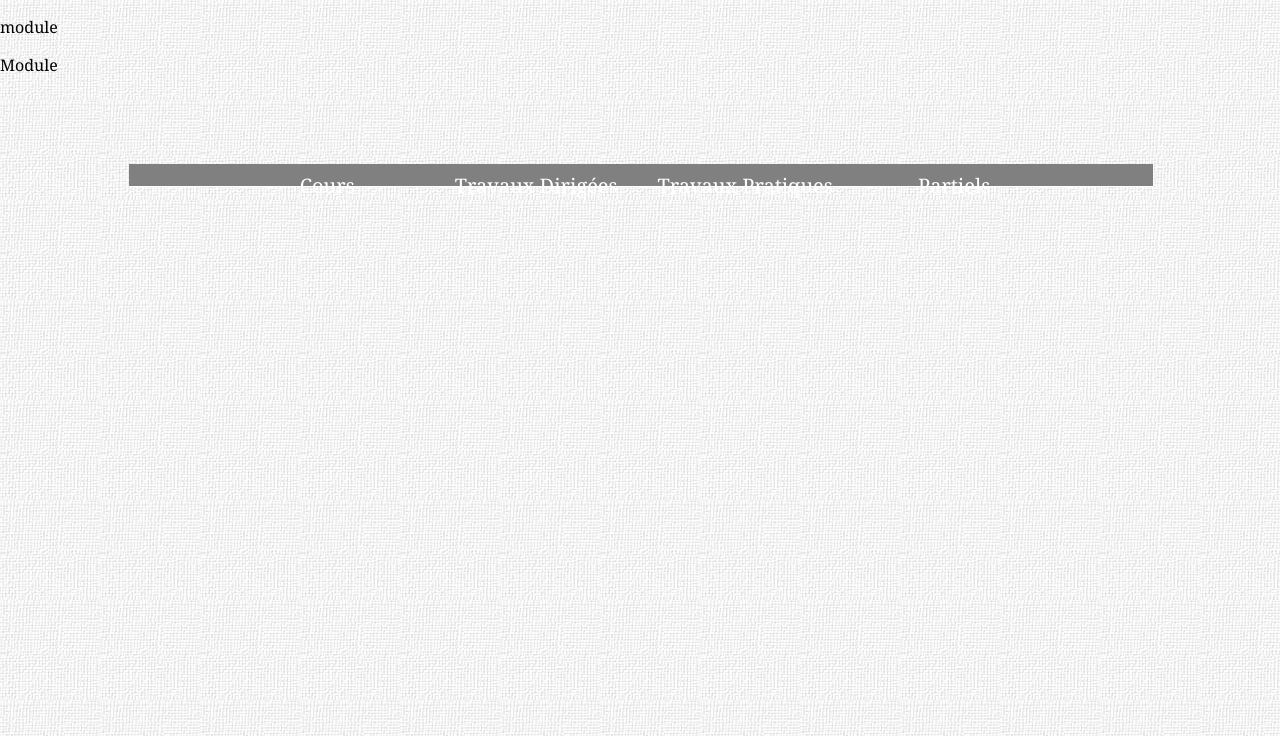
Repository: ValentinArg/PETUT
Page: http://localhost/PETUT/WEB-INF/jsp/eleve/semestre1.jsp
The author's editor kept a copy of each file at every save. The page is drawn from the files as they stood at one save, then again after the next save.
The browser window is 1280 px wide. The pictures show the whole page.
After loading, the first visible `#boutonHautBas` was clicked once.
Some web libraries are served in a nearby version. The page is served by Tomcat 9. Nobody is signed in. The template is opened directly, without the code that normally fills it, so the values that code supplies are empty.

Above is the page before, as saved 2016-10-02 09:47:30.

After the next save:
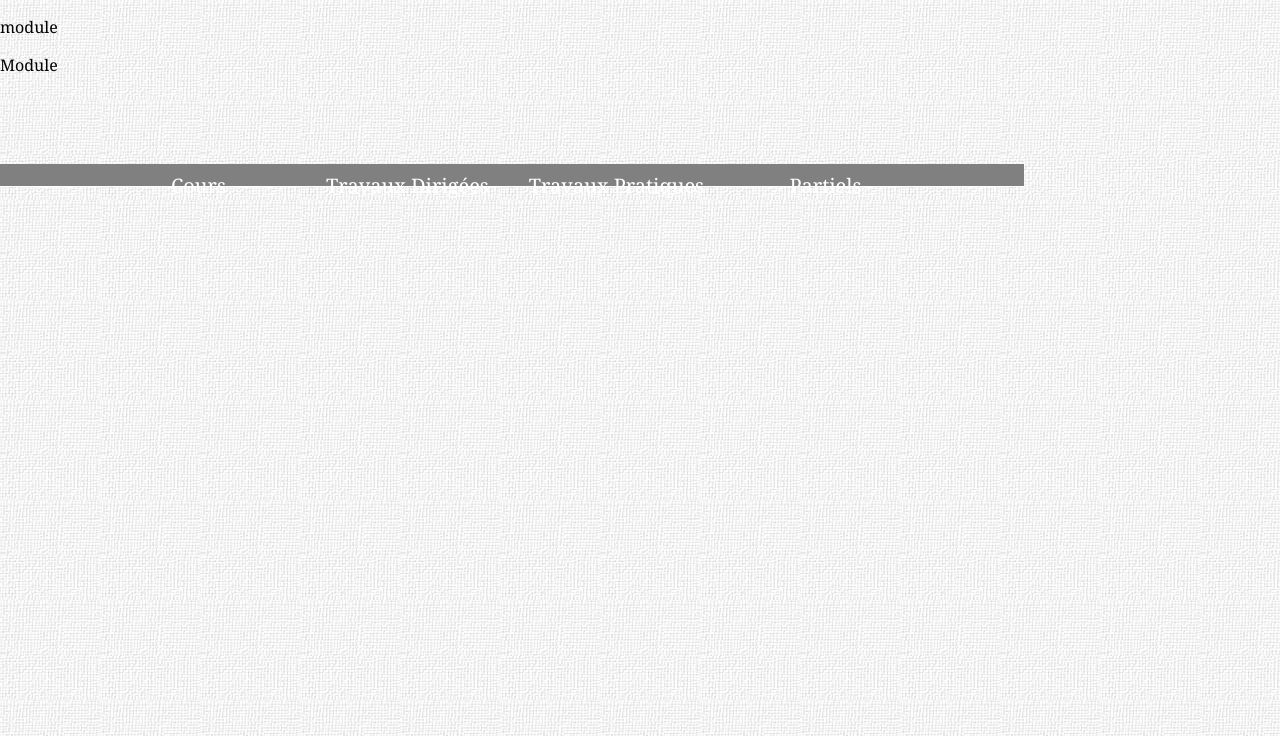
Saved 9 s later.
--- a/PETUT/WebContent/WEB-INF/jsp/eleve/semestre1.jsp
+++ b/PETUT/WebContent/WEB-INF/jsp/eleve/semestre1.jsp
@@ -54,7 +54,7 @@
 			if(!haut){
 				$('#navigation').slideUp(1000);
 				//document.getElementById('conteneurGeneral').style.marginLeft="0px"
-				$('#conteneurGeneral').animate({ "left": "-=20%" }, 3000 );
+				$('#conteneurGeneral').animate({ "left": "-=20%" }, 1000 );
 				haut = true;
 			}else{
 				$('#navigation').slideDown();
